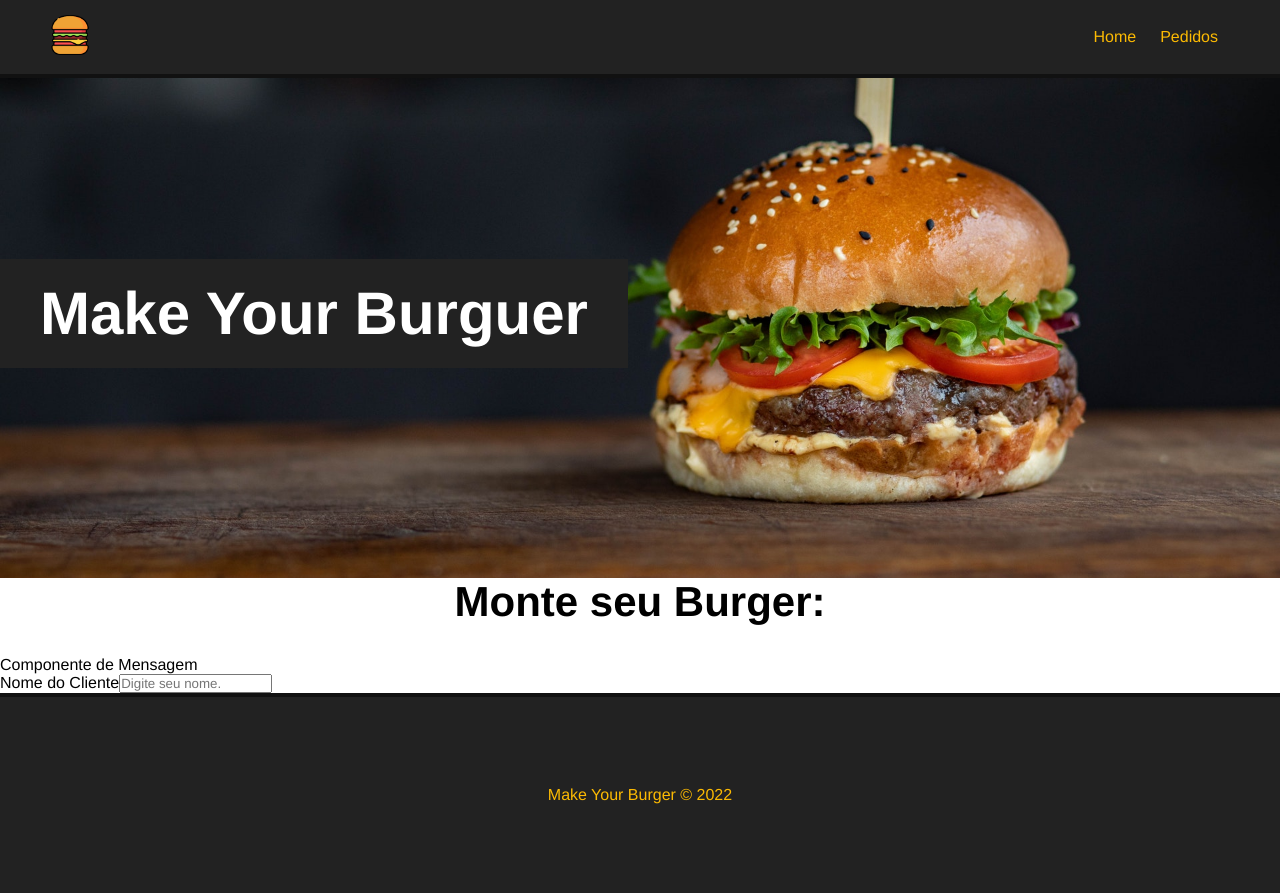
Repository: brunofa23/makeyourburguer
Page: /
The author's editor kept a copy of each file at every save. The page is drawn from the files as they stood at one save, then again after the next save.
The browser window is 1280 px wide. The pictures show the whole page.
The project was rebuilt for these pictures with package versions that can differ from the ones it lists, and the page was loaded fresh each time. Also part of the build but not shown: vue.config.js.

Above is the page before, as saved 2022-08-09 19:47:07.

### src/App.vue
<template>
  <Navbar :logo="logo_src" :alt="app_name"/>
  <router-view/>
  <Footer />
</template>

<script>
import Navbar from './components/Navbar.vue';
import Footer from './components/Footer.vue';

export default{
  components:{ Navbar, Footer },
  data(){
    return{
      logo_src:"/img/logo.png",
      app_name:"Make Your Burguer"
    }

  }
}

</script>

<style>
*{
  font-family: Helvetica, sans-serif;
  padding: 0;
  margin: 0;
  box-sizing: border-box;
}


.main-container{
  margin:50px;
  min-height: 250px;
}

h1{
  text-align: center;
  font-size: 42px;
  margin-bottom: 30px;
}
</style>

### src/router/index.js
import { createRouter, createWebHistory } from 'vue-router'
import HomeView from '../views/HomeView.vue'

const routes = [
  {
    path: '/',
    name: 'home',
    component: HomeView
  },
  {
    path: '/pedidos',
    name: 'Pedidos',
    // route level code-splitting
    // this generates a separate chunk (about.[hash].js) for this route
    // which is lazy-loaded when the route is visited.
    component: () => import(/* webpackChunkName: "about" */ '../views/PedidosView.vue')
  }
]

const router = createRouter({
  history: createWebHistory(process.env.BASE_URL),
  routes
})

export default router

### src/components/Navbar.vue
<template>
  <div id="nav">
    <router-link to="/" id="logo-url">
        <img :src="logo" :alt="alt" id="logo" >
    </router-link>
    <router-link to="/">Home</router-link>
    <router-link to="/pedidos">Pedidos</router-link>
  </div>
</template>

<script>
export default {
    name:"Navbar",
    props:["logo", "alt"]
}
</script>




<style scoped>
#nav{
  background-color:#222 ;
  border-bottom: 4px solid #111;
  padding: 15px 50px;
  display: flex;
  justify-content: flex-end;
  align-items: center;


}

#nav #logo-url{
  margin: auto;
  margin-left: 0;


}

#logo{
  width: 40px;
  height: 40px;
}

#nav a{
  color: #FCBA03;
  text-decoration: none;
  margin: 12px;
  transition: .5s;

}
#nav a:hover{
  color:#FFF;
}

</style>

### src/components/Footer.vue
<template>
    <footer id="footer">
        <p>Make Your Burger &copy; 2022</p>

    </footer>
</template>


<script>
export default{
    name: "Footer"
}

</script>

<style scoped>
#footer{
    height: 200px;
    background-color: #222;
    border-top: 4px solid #111;
    color: #fcba03;
    display: flex;
    align-items: center;
    justify-content: center;
    width: 100%;
}
</style>

### src/views/HomeView.vue
<template>
  <div class="main-container">
    <Banner />
   <h1>Monte seu Burger:</h1>
   <BurgerForm />
  </div>
</template>

<script>
import Banner from "@/components/Banner.vue";
import BurgerForm from "@/components/BurgerForm.vue";

export default{
  name: "Home",
  components:{
    Banner,
    BurgerForm
}
}

</script>

<style>
.main-container{
  margin: 0;
}
</style>

### src/components/Banner.vue
<template>
  <div id="main-banner">
    <h1>Make Your Burguer</h1>
  </div>
</template>

<script>
export default {
  name: 'Banner',
}
</script>

<style scoped>
#main-banner{
    background-image: url('/public/img/burger.jpg');
    background-position: 0 -250px;
    background-size: cover;
    height: 500px;
    display: flex;
    align-items: center;
    justify-content: flex-start;

}

#main-banner h1{
    color: #FFF;
    text-align: center;
    font-size: 60px;
    background-color: #222;
    padding: 20px 40px;

}


</style>
>

### src/components/BurgerForm.vue
<template>
  <div>
    <p>Componente de Mensagem</p>
    <div>
        <form id="burger-form">
            <div class="input-container">
                <label for="nome">Nome do Cliente</label>
                <input type="text" id="nome" name="nome" v-model="nome" placeholder="Digite seu nome.">
            </div>
        </form>
    </div>
  </div>
</template>

<script>
export default {
  name: 'BurgerForm',
}
</script>

<style scoped></style>

Loaded but not shown: public/index.html (common file); src/main.js (common file)

After the next save:
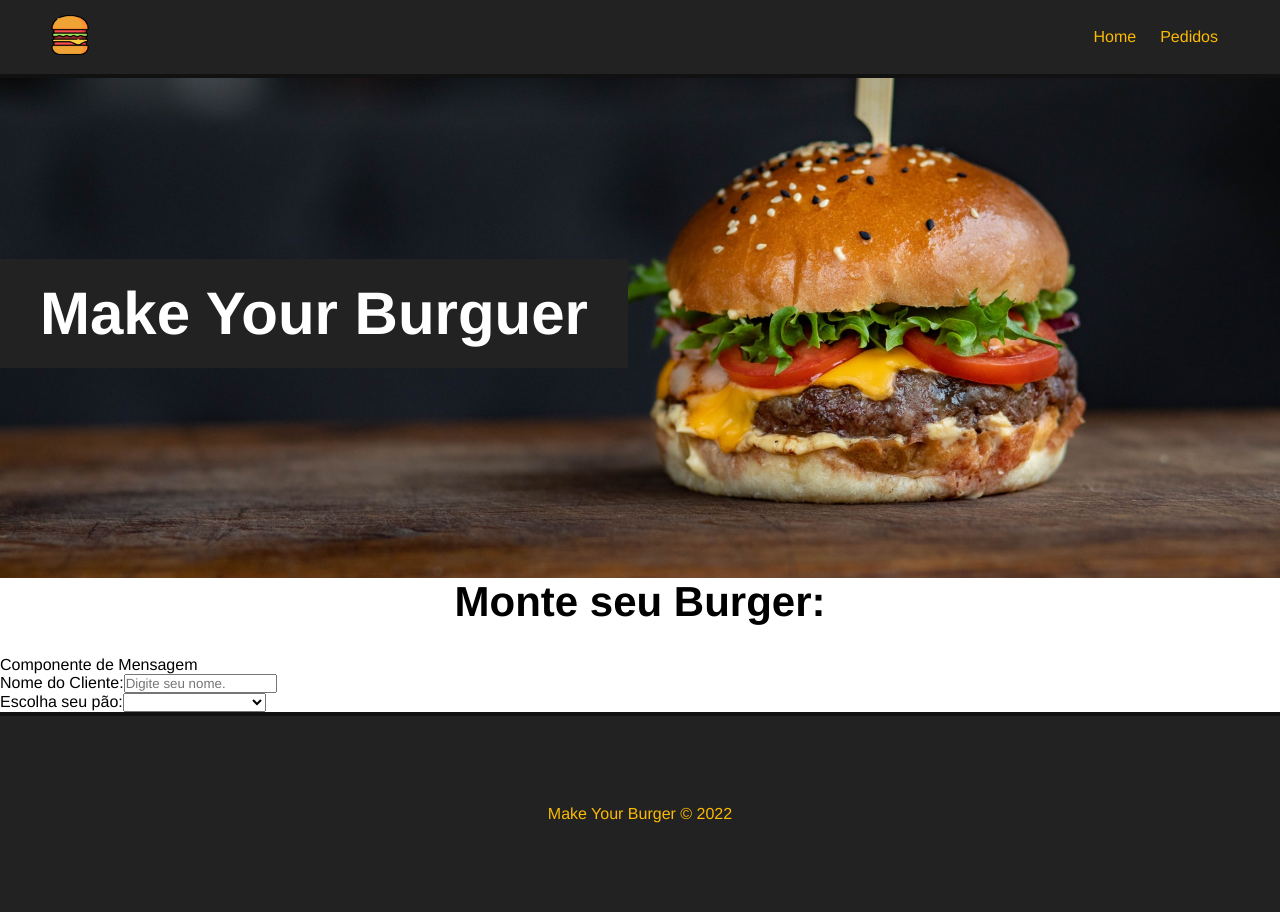
Saved 8 min 18 s later.
--- a/src/components/BurgerForm.vue
+++ b/src/components/BurgerForm.vue
@@ -2,12 +2,24 @@
   <div>
     <p>Componente de Mensagem</p>
     <div>
-        <form id="burger-form">
-            <div class="input-container">
-                <label for="nome">Nome do Cliente</label>
-                <input type="text" id="nome" name="nome" v-model="nome" placeholder="Digite seu nome.">
-            </div>
-        </form>
+      <form id="burger-form">
+        <div class="input-container">
+          <label for="nome">Nome do Cliente:</label>
+          <input
+            type="text"
+            id="nome"
+            name="nome"
+            v-model="nome"
+            placeholder="Digite seu nome."
+          />
+        </div>
+        <div class="input-container">
+          <label for="pao">Escolha seu pão:</label>
+          <select name="pao" id="pao" v-model="pao">
+            <option value="">Selecione o seu pão</option>
+          </select>
+        </div>
+      </form>
     </div>
   </div>
 </template>
